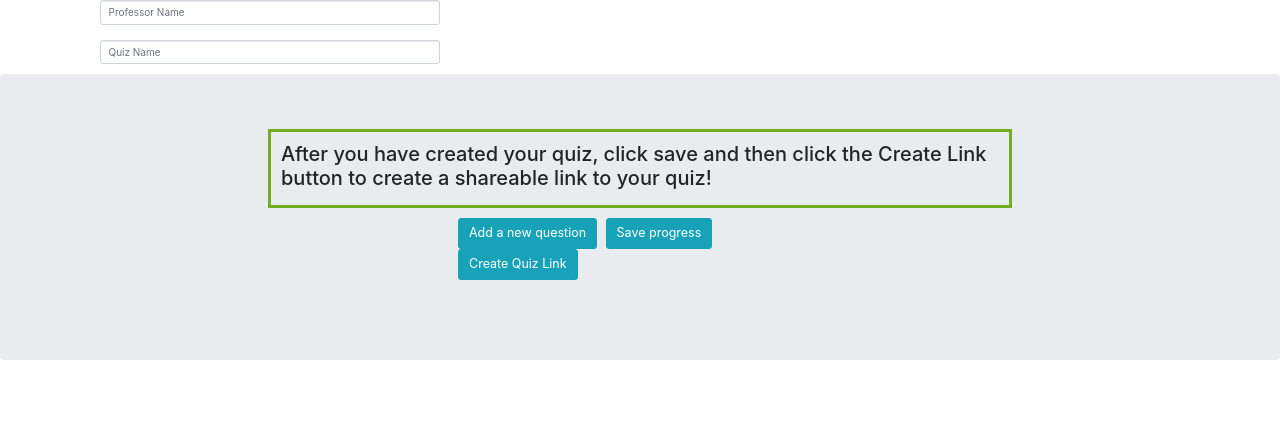
Repository: phillipdacosta/QuizemsNew
Page: /#/home
The author's editor kept a copy of each file at every save. The page is drawn from the files as they stood at one save, then again after the next save.
The browser window is 1280 px wide. The pictures show the whole page.
Some web libraries are served in a nearby version. The project was rebuilt for these pictures with package versions that can differ from the ones it lists, and the page was loaded fresh each time. Also part of the build but not shown: angular.json, src/app/quiz/quiz.component.ts, src/app/about/about.component.ts, src/app/student/student.component.ts, src/app/questions/questions.component.ts, src/app/question-display/question-display.component.ts, src/app/timer/timer.component.ts.

Above is the page before, as saved 2019-06-30 16:44:38.

### src/index.html
<!doctype html>
<html>
<head>
  <meta charset="utf-8">
  <title>Angular Bootstrap Demo</title>
  <base href="/">
  <meta name="viewport" content="width=device-width, initial-scale=1">
  <link rel="icon" type="image/x-icon" href="favicon.ico">
  <link rel="stylesheet" href="https://maxcdn.bootstrapcdn.com/bootstrap/3.3.7/css/bootstrap.min.css" integrity="sha384-BVYiiSIFeK1dGmJRAkycuHAHRg32OmUcww7on3RYdg4Va+PmSTsz/K68vbdEjh4u" crossorigin="anonymous">
</head>
<body>
  <app-root>Loading...</app-root>
  <script src="https://code.jquery.com/jquery-3.1.1.min.js" integrity="sha256-hVVnYaiADRTO2PzUGmuLJr8BLUSjGIZsDYGmIJLv2b8=" crossorigin="anonymous"></script>
  <script src="https://maxcdn.bootstrapcdn.com/bootstrap/3.3.7/js/bootstrap.min.js" integrity="sha384-Tc5IQib027qvyjSMfHjOMaLkfuWVxZxUPnCJA7l2mCWNIpG9mGCD8wGNIcPD7Txa" crossorigin="anonymous"></script>
</body>
</html>

### src/app/app-routing.module.ts
import { NgModule } from '@angular/core';
import { Routes, RouterModule } from '@angular/router';
import { ProfessorComponent } from './professor/professor.component';
import { QuestionsComponent } from './questions/questions.component';
import { QuizComponent } from './quiz/quiz.component';
import { AboutComponent } from './about/about.component';

const routes: Routes = [

  {
    path: '',
    component: AboutComponent,

 } ,

  {
    path: 'home',
    component: ProfessorComponent,

 } ,


 {
  path: 'quiz',
  component: QuizComponent

}

];

@NgModule({
  imports: [RouterModule.forRoot(routes), RouterModule.forRoot(routes,{useHash:true})],
  exports: [RouterModule]
})
export class AppRoutingModule { }

### src/app/app.component.ts
import { Component } from '@angular/core';

@Component({
  selector: 'app-root',
  templateUrl: './app.component.html',
  styleUrls: ['./app.component.css']
})
export class AppComponent {
  title = 'quizems';
}

### src/app/professor/professor.component.ts
import { Component, OnInit } from '@angular/core';
import { DataService } from '../data.service';
import { Question } from '../question.model';

@Component({
  selector: 'app-professor',
  templateUrl: './professor.component.html',
  styleUrls: ['./professor.component.css']
})
export class ProfessorComponent implements OnInit {


  question : any;
  link : any
  flag : boolean = false;

  constructor(private data : DataService) { }


  ngOnInit() {


  }



  populateQuiz(){

    this.data.saveData('questions');
    this.flag = true;

  }

  loadQuiz(){
    this.data.loadData('questions');
  }

  newQuestion(){

    let question = new Question();
    this.data.questionslist.push(question)
    console.log(this.data.questionslist)
    this.flag = false;
  }

  createLink(){

    this.link = 'https://quizems-daf82.firebaseapp.com/#/quiz';
    //this.router.navigate(['/quiz']);


      }
  }

### src/app/professor/professor.component.html
<!DOCTYPE html>
<html lang="en">
<head>
  <title>Bootstrap Example</title>
  <meta charset="utf-8">
  <meta name="viewport" content="width=device-width, initial-scale=1">
  <link rel="stylesheet" href="https://maxcdn.bootstrapcdn.com/bootstrap/4.3.1/css/bootstrap.min.css">
  <script src="https://ajax.googleapis.com/ajax/libs/jquery/3.4.1/jquery.min.js"></script>
  <script src="https://cdnjs.cloudflare.com/ajax/libs/popper.js/1.14.7/umd/popper.min.js"></script>
  <script src="https://maxcdn.bootstrapcdn.com/bootstrap/4.3.1/js/bootstrap.min.js"></script>
</head>
<body>

<div class="container">

  <div class = "col-xs-4">

    <div class="form-group ">
        <input type="password" class="form-control " id="exampleInputPassword1" placeholder="Professor Name">
        <br>

        <input type="password" class="form-control" id="exampleInputPassword1" placeholder="Quiz Name">

      </div>
    </div>

  <!-- The Modal -->
  <div class="modal" id="myModal">
    <div class="modal-dialog">
      <div class="modal-content">

        <!-- Modal Header -->
        <div class="modal-header">
          <h4 class="modal-title">Congrats!</h4>
          <button type="button" class="close" data-dismiss="modal">&times;</button>
        </div>

        <!-- Modal body -->
        <div class="modal-body">
        Your quiz has been created!
         <br>
         <br>
         Here is your shareable link: https://quizemsnew.firebaseapp.com/#/quiz
        </div>

        <!-- Modal footer -->
        <div class="modal-footer">
          <button type="button" class="btn btn-danger" data-dismiss="modal">Close</button>
        </div>

      </div>
    </div>
  </div>

</div>

</body>
</html>

<div class = "jumbotron">

  <br>

  <div class = "heading">
  <h2>After you have created your quiz, click save and then click the Create Link button to create a shareable link to your quiz!</h2>

</div>

<div class = "headingButtons">


      <button type="button" class="btn btn-info btn-lg" (click) = "newQuestion()">Add a new question</button>

&nbsp;


    <button type="button" class="btn btn-info btn-lg" (click) = "populateQuiz()">Save progress</button>




&nbsp;
  <!--  <button (click)="loadQuiz()">Load</button>-->
<button type="button" class="btn btn-info btn-lg" data-toggle="modal" data-target="#myModal" (click) = "createLink()">Create Quiz Link</button>

</div>
<br>
<br>


<div *ngFor = "let q of data.questionslist">
  <app-questions [questionModel]="q"></app-questions>
</div>

</div>

### src/app/professor/professor.component.css
.divider{
    width:5px;
    height:auto;
    display:inline-block;
}

.heading{

    margin: auto;
  width: 60%;
  border: 3px solid #73AD21;
  padding: 10px;
}

.headingButtons{

  margin: auto;
  width: 30vw;
  padding: 10px;


}

### src/app/data.service.ts
import { Injectable } from '@angular/core';
import {Model} from "src/app/question-answer.model";
import { Question } from './question.model';


@Injectable({
  providedIn: 'root'
})
export class DataService {


  professorQuestion : any;
  questionslist : Array <Question>;

  constructor() {

    this.questionslist= new Array<Question>();


    }

    arrayToJSON(array){
        return {"data": array};
    }

    saveData(key: string){
      const value = JSON.stringify(this.arrayToJSON(this.questionslist));
      localStorage.setItem(key, value);
      console.log(value)
    }

    loadData(key: string){
      this.questionslist = JSON.parse(localStorage.getItem(key))['data'];
      console.log(this.questionslist);
    }

  }

### src/app/question.model.ts
export class Question {

    question : any = '';
    answerOne : any = '';
    answerTwo : any = '';
    answerThree : any = '';
    answerFour : any = '';
    correctAnswer : any = '';

}

Loaded but not shown: src/styles.css (common file); src/main.ts (common file); src/app/app.module.ts (common file); src/environments/environment.ts (common file); src/app/app.component.html (common file); src/app/app.component.css (no stored copy; drawn as an empty file)

After the next save:
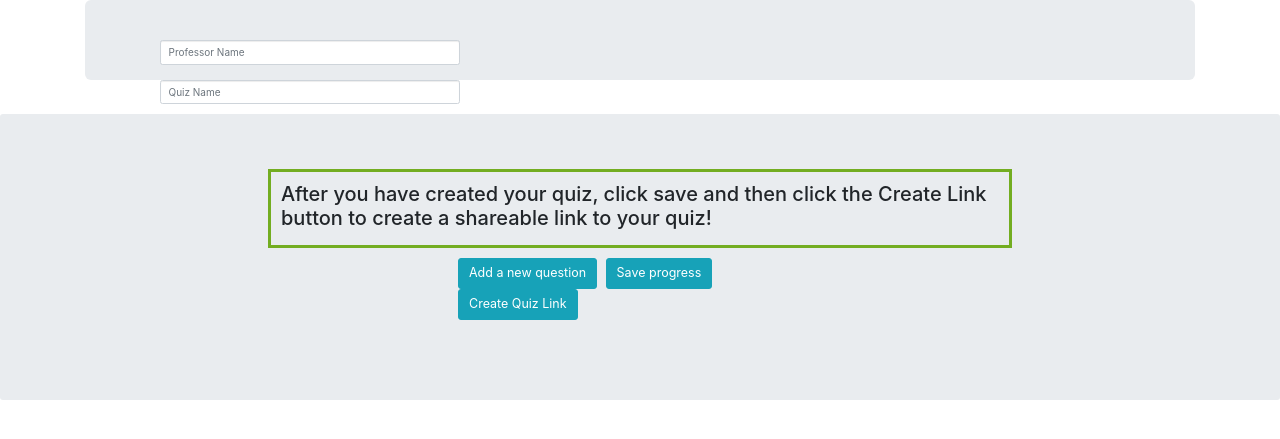
Saved 52 s later.
--- a/src/app/professor/professor.component.html
+++ b/src/app/professor/professor.component.html
@@ -13,6 +13,10 @@
 
 <div class="container">
 
+  <div class = "jumbotron">
+
+
+
   <div class = "col-xs-4">
 
     <div class="form-group ">
@@ -23,6 +27,7 @@
 
       </div>
     </div>
+  </div>
 
   <!-- The Modal -->
   <div class="modal" id="myModal">
